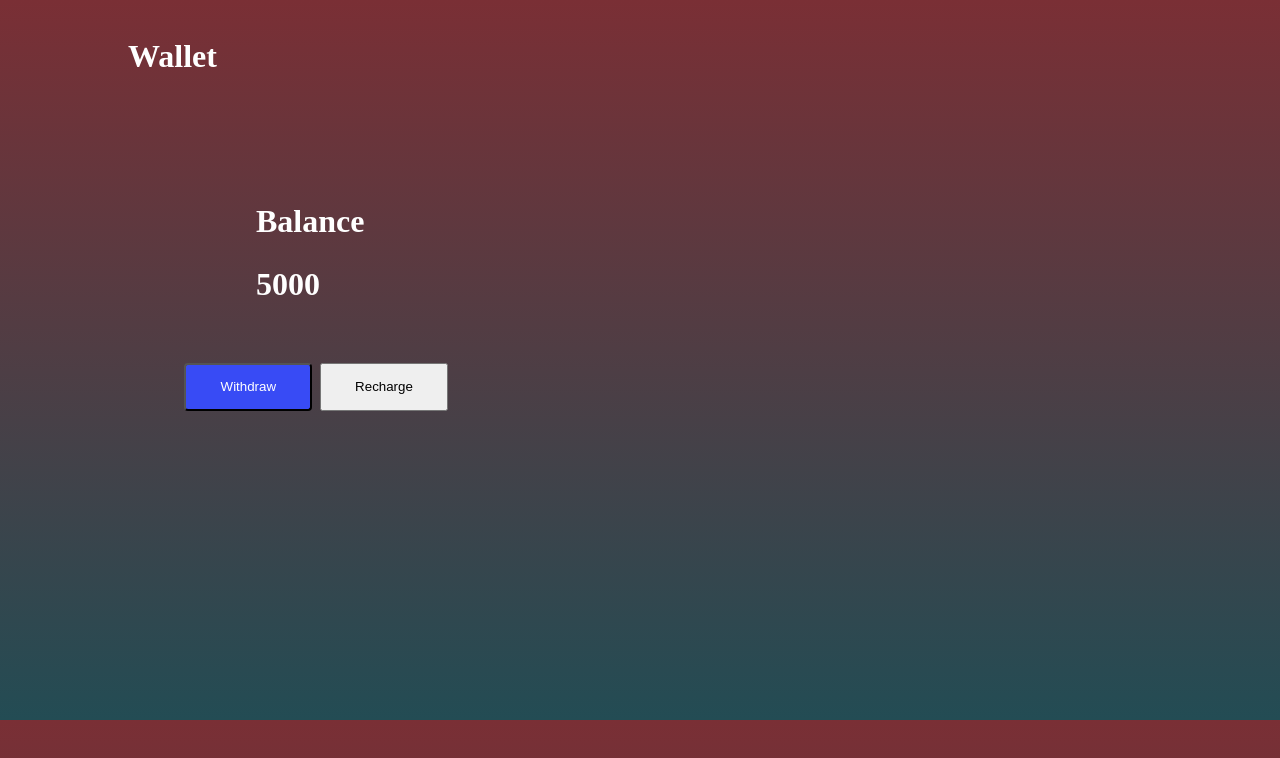
Repository: jagan607/N-Kalari
Page: /
The author's editor kept a copy of each file at every save. The page is drawn from the files as they stood at one save, then again after the next save.
The browser window is 1280 px wide. The pictures show the whole page.
The project was rebuilt for these pictures with package versions that can differ from the ones it lists, and the page was loaded fresh each time. Also part of the build but not shown: src/App.css, src/helpers/firebase.js, src/components/Login/Login.js.

Above is the page before, as saved 2022-01-07 17:43:13.

### src/index.css
body,
html,
.App,
#root,
.main {
  width: 100%;
  height:100%;
  scroll-behavior: smooth;

}
body{
    margin: 0;
    padding: 0;
    text-align: center;
    background-image: linear-gradient(#7A2F35, #234C54);
  }

### src/App.js
import logo from './logo.svg';
import './App.css';
import React, { Component } from "react"
import Login from './components/Login/Login'
import Wallet from './components/wallet/Wallet'
import {history} from './helpers/history'
import {Router, Route, Routes } from "react-router-dom";


class App extends Component {
  constructor(props) {
    super(props);
  }

  render() {
    return(
      <div>
        {/* <Login></Login> */}

        <Wallet></Wallet>

          {/* <Route exact path="/">
          </Route> */}
          {/* <Route exact path="/wallet">
            <Wallet/>
          </Route> */}
     </div>
    );
}
}

export default App;

### src/components/wallet/Wallet.js
import React, { Component } from "react"
import styles from './index.css';

class Wallet extends Component{
    constructor(props){
        super(props);


    }

    render(){
        return(
            <div>
            <div className="balance">
            <h1 className="heading">Wallet</h1>
            <h1 className="balance-heading">Balance </h1>
            <h1 className="balance-value">5000</h1>
            </div>
            <div className="buttons">
                <button className="withdraw">Withdraw</button>
                <button className="recharge">Recharge</button>

            </div>
            </div>

        )
    }
}
export default Wallet;

### src/components/wallet/index.css
.heading{
    color: white;
    text-align: left;
    margin-left: 10%;
    margin-top: 3%;
}

.balance-heading{
    color :white;
    text-align: left;
    margin-left: 20%;
    margin-top: 10%;
}

.balance-value{
    color :white;
    text-align: left;
    margin-left: 20%;
    margin-top: 2%;
}

.buttons{
    width: 30%;
    float: left;
    margin-left: 10%;
    margin-top: 3%;
}

.withdraw{
    margin-right: 2%;
    width: 8rem;
    height: 3rem;
    background: #384BF5;
    border-radius: 4px;
    color: white;

}

.recharge{
    margin-right: 2%;
    width: 8rem;
    height: 3rem;
}

Loaded but not shown: public/index.html (common file); src/index.js (common file); src/reportWebVitals.js (common file); src/helpers/history.js (common file)

After the next save:
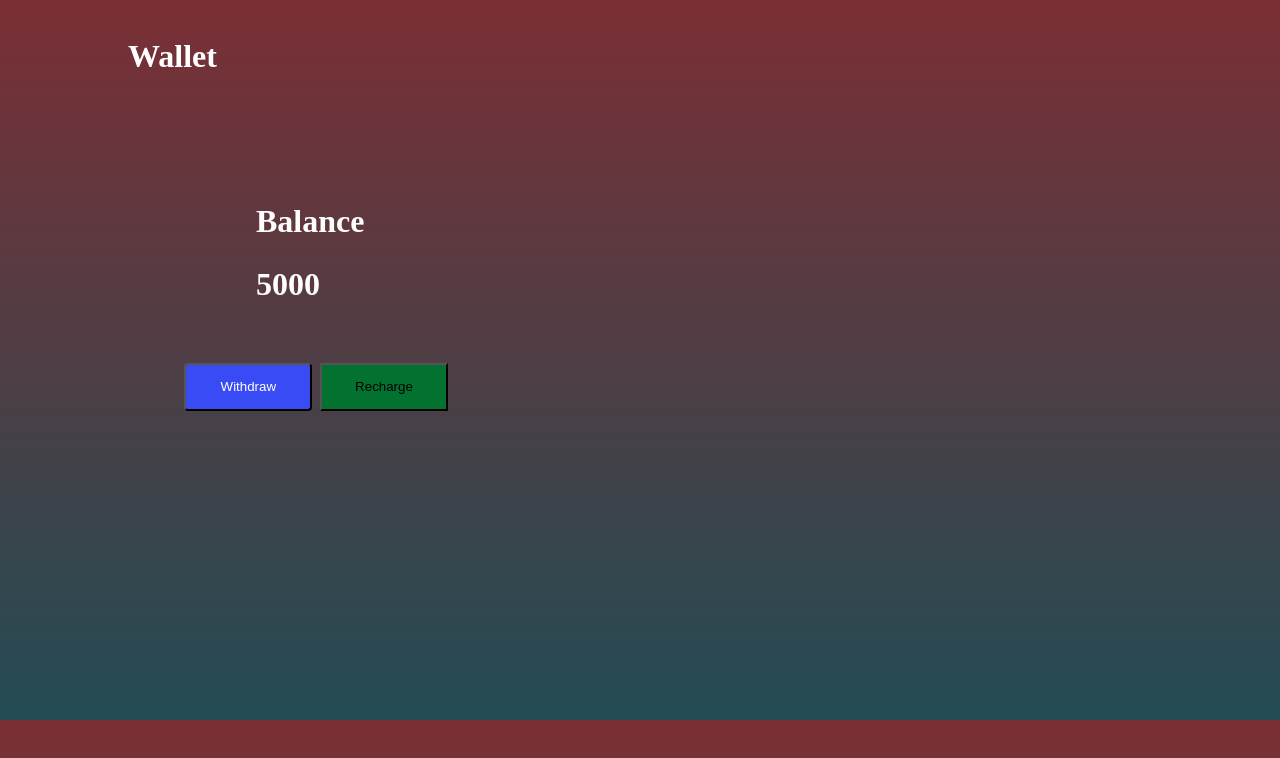
Saved 28 s later.
--- a/src/components/wallet/index.css
+++ b/src/components/wallet/index.css
@@ -40,4 +40,6 @@
     margin-right: 2%;
     width: 8rem;
     height: 3rem;
+    background: #037231;
+
 }
